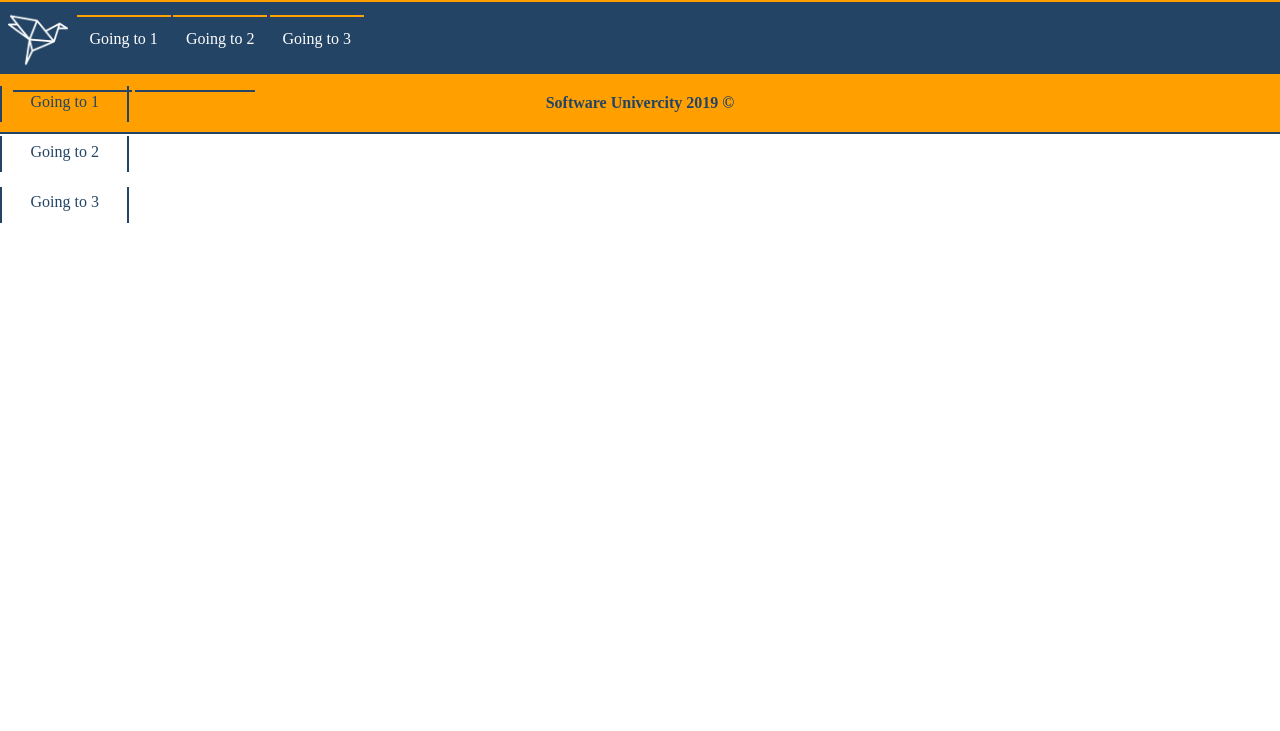
Repository: vsterev/origami
Page: /
The author's editor kept a copy of each file at every save. The page is drawn from the files as they stood at one save, then again after the next save.
The browser window is 1280 px wide. The pictures show the whole page.
The project was rebuilt for these pictures with package versions that can differ from the ones it lists, and the page was loaded fresh each time.

Above is the page before, as saved 2020-07-12 13:01:27.

After the next save:
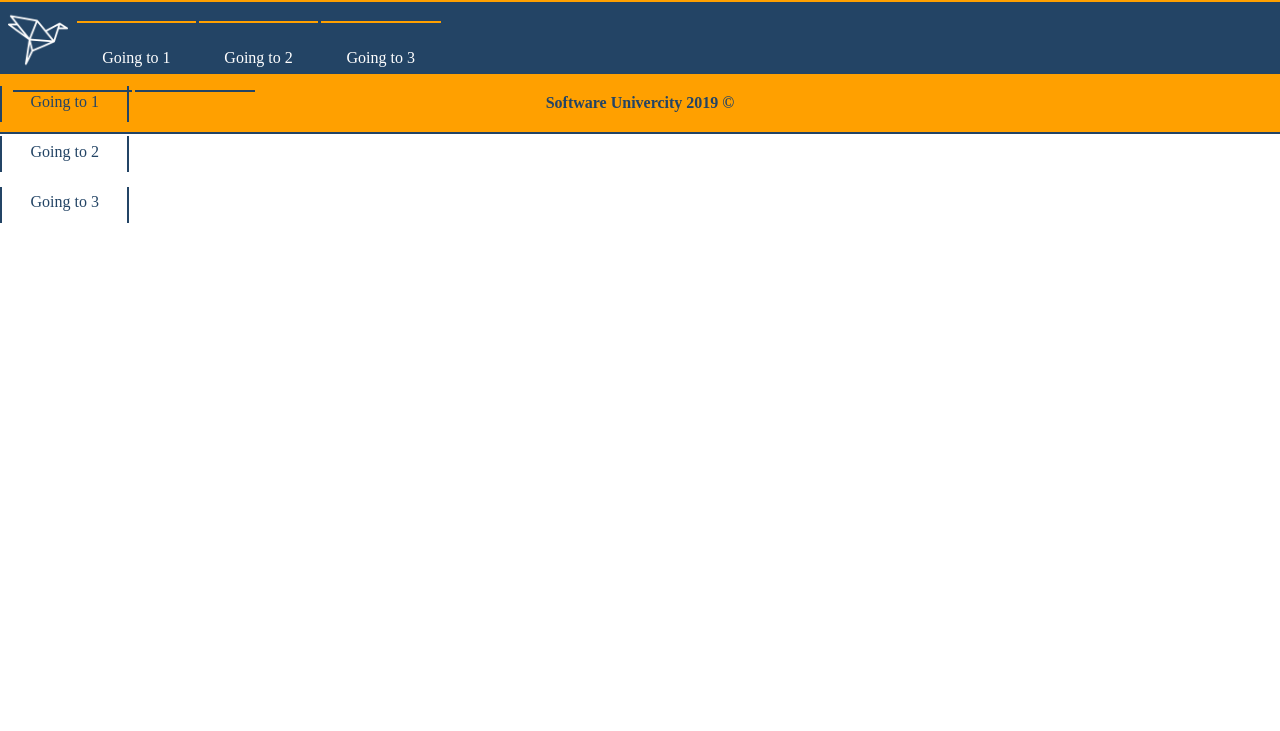
Saved 51 s later.
--- a/src/components/link/styles.css
+++ b/src/components/link/styles.css
@@ -1,5 +1,10 @@
 nav .listItem a {
     color: white;
+    text-decoration: none;
+}
+
+footer .listItem a {
+    color: #234465;
     text-decoration: none;
 }
 
@@ -13,10 +18,20 @@
     vertical-align: top;
 }
 
+footer .listItem:nth-child(1) {
+    margin-left: 1%;
+}
+
 nav .listItem:not(:first-child) {
-    padding: 1%;
-    margin-top: 1%;
+    padding: 2%;
+    margin-top: 1.5%;
     border-top: 2px solid #ffa000;
+}
+
+footer .listItem:not(:last-child) {
+    padding: 2%;
+    margin-top: 1.5%;
+    border-bottom: 2px solid #234465;
 }
 
 nav .listItem:hover {
@@ -24,6 +39,13 @@
     border-bottom: 2px solid #ffa000;
     font-weight: bold;
 }
+
+footer .listItem:hover {
+    border-bottom: none;
+    border-top: 2px solid #234465;
+    font-weight: bold;
+}
+
 aside .listItem {
     display: block;
     width: 98%;
@@ -51,20 +73,3 @@
     border-bottom: 2px solid #234465;
     color: #ffa000;
 }
-footer .listItem a {
-    color: #234465;
-    text-decoration: none;
-}
-footer .listItem:nth-child(1) {
-    margin-left: 1%;
-}
-footer .listItem:not(:last-child) {
-    padding: 2%;
-    margin-top: 1.5%;
-    border-bottom: 2px solid #234465;
-}
-footer .listItem:hover {
-    border-bottom: none;
-    border-top: 2px solid #234465;
-    font-weight: bold;
-}
